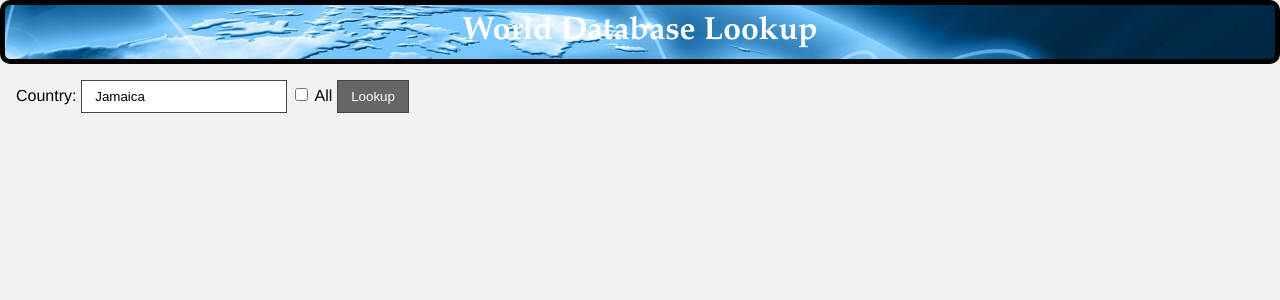
Repository: zBraVo17/info2180-lab7
Page: index.html
The author's editor kept a record of every edit. The page is drawn from the files as they stood at one moment, then again after the next edit.
The browser window is 1280 px wide. The pictures show the whole page.
Some web libraries are served in a nearby version.

Above is the page before.

After the next edit:
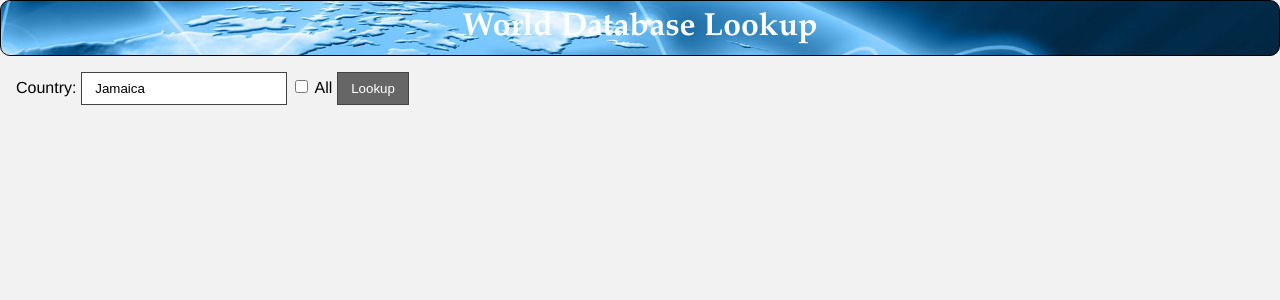
The edit:
--- a/world.css
+++ b/world.css
@@ -27,7 +27,7 @@
     background-repeat: no-repeat;
     font-family: Palatino;
     border-style: solid;
-    border-width: thick;
+    border-width: thin;
     border-color: #000;
     border-radius: 10px;
     text-align: center;
